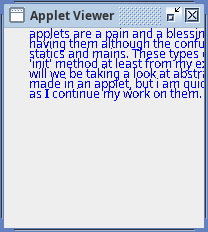
Repository: ArtixFox/SchoolWork
Program's window: java SchoolApplets/src/com/adsb/school/Applets/Applet1.java
The author's editor kept a copy of each file at every save. The program's window is drawn from the files as they stood at one save, then again after the next save.
It runs on Java 21 on a 1366 x 768 screen with the Metal look.

Above is the program's window before, as saved 2015-04-27 14:47:33.

After the next save:
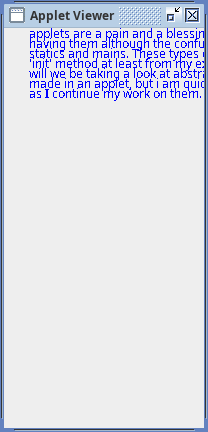
Saved 40 s later.
--- a/SchoolApplets/src/com/adsb/school/Applets/Applet1.java
+++ b/SchoolApplets/src/com/adsb/school/Applets/Applet1.java
@@ -19,7 +19,7 @@
 	private String  message7 = "as I continue my work on them.";
 
 	public void paint(Graphics g){
-
+		setSize(200, 400);
 		g.setColor(Color.BLUE);
 		g.drawString(message1,25, 10);
 		g.drawString(message2,25, 20);
